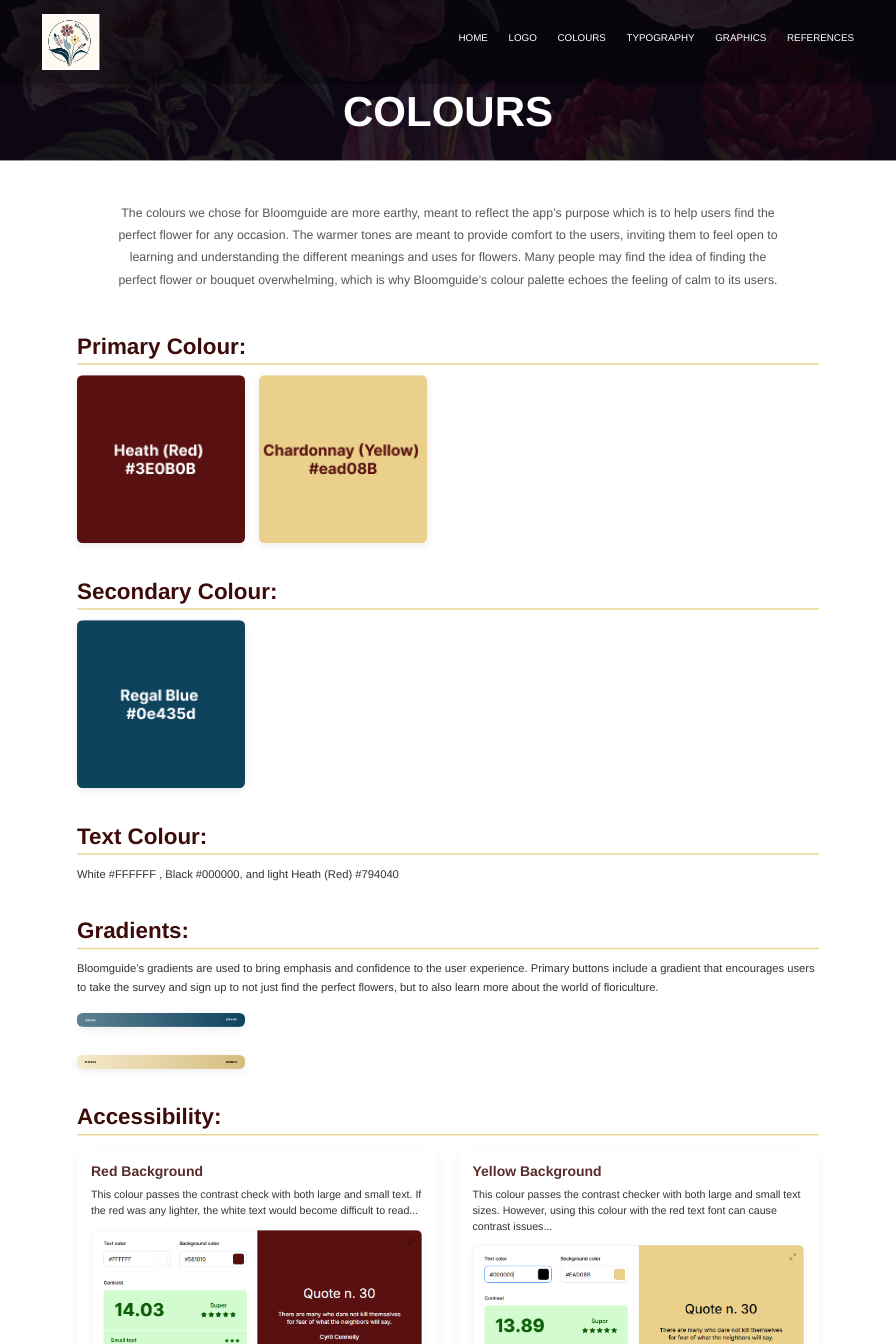
Repository: Emmalee06/styleguide-design2
Page: colours.html
The author's editor kept a copy of each file at every save. The page is drawn from the files as they stood at one save, then again after the next save.
The browser window is 1280 px wide. The pictures show the part of the page from y = 0 to 1920 px (the page is 2537 px tall before and 2575 px after), at 70% of full size.

Above is the page before, as saved 2025-04-06 22:58:43.

### colours.html
<!DOCTYPE html>
<html lang="en">

<head>
    <meta charset="UTF-8" />
    <meta name="viewport" content="width=device-width, initial-scale=1.0" />
    <title>StyleGuide Design</title>
    <link rel="stylesheet" href="style.css" />
</head>

<body>
    <!-- Header with reduced height -->
    <section class="header small-header">
        <nav>
            <a href="index.html"><img src="images/logo.jpg" width="300" height="100" alt="Bloomguide logo" /></a>

            <div class="nav-links">
                <ul>
                    <li><a href="index.html">HOME</a></li>
                    <li><a href="logo.html">LOGO</a></li>
                    <li><a href="colours.html">COLOURS</a></li>
                    <li><a href="typography.html">TYPOGRAPHY</a></li>
                    <li><a href="graphics.html">GRAPHICS</a></li>
                    <li><a href="references.html">REFERENCES</a></li>
                </ul>
            </div>
        </nav>
        <h1>COLOURS</h1>
    </section>

    <!-- COLOUR CONTENT -->
    <section class="logo">
        <p>
            The colours we chose for Bloomguide are more earthy, meant to reflect the app’s purpose which is to help
            users find the perfect flower for any occasion. The warmer tones are meant to provide comfort to the users,
            inviting them to feel open to learning and understanding the different meanings and uses for flowers. Many
            people may find the idea of finding the perfect flower or bouquet overwhelming, which is why Bloomguide’s
            colour palette echoes the feeling of calm to its users.
        </p>
    </section>
    <section class="colours">
        <h1>Primary Colour:</h1>
        <div class="image-row">
            <img src="images/red.png" alt="Red" />
            <img src="images/yellow.png" alt="Chardonnay Yellow" />
        </div>

        <h1>Secondary Colour:</h1>
        <div class="image-row">
            <img src="images/blue.png" alt="Blue" />
        </div>

        <h1>Text Colour:</h1>
        <p>White #FFFFFF , Black #000000, and light Heath (Red) #794040</p>

        <h1>Gradients:</h1>
        <p>
            Bloomguide’s gradients are used to bring emphasis and confidence to the user experience. Primary buttons
            include a gradient that encourages
            users to take the survey and sign up to not just find the perfect flowers, but to also learn more about the
            world of floriculture.
        </p>

        <div class="image-row">
            <img src="images/blue gradient.png" alt="#" />
        </div>

        <div class="image-row">
            <img src="images/yellow gradient.png" alt="#" />
        </div>

        <h1>Accessibility:</h1>

        <div class="accessibility-grid">
            <div class="access-card">
                <h2>Red Background</h2>
                <p>This colour passes the contrast check with both large and small text. If the red was any lighter, the
                    white text would become difficult to read...</p>
                <img src="images/red-background.png" alt="#" />
            </div>

            <div class="access-card">
                <h2>Yellow Background</h2>
                <p>This colour passes the contrast checker with both large and small text sizes. However, using this
                    colour with the red text font can cause contrast issues...</p>
                <img src="images/yellow-background.png" alt="#" />
            </div>

            <div class="access-card">
                <h2>Blue Background</h2>
                <p>Although this color passes the test, the smaller text can be difficult to see if it is too small...
                </p>
                <img src="images/blue-background.png" alt="#" />
            </div>

            <div class="access-card">
                <h2>White Background</h2>
                <p>This colour passes the contrast test, however small text may cause some reading difficulty if the
                    text is too small...</p>
                <img src="images/white_background-red_text.png" alt="#" />
            </div>
        </div>
    </section>
</body>

</html>

### style.css
* {
    margin: 0;
    padding: 0;
    box-sizing: border-box;
    font-family: 'Helvetica Neue', sans-serif;
}

.header {
    min-height: 100vh;
    width: 100%;
    background-image: linear-gradient(rgba(4, 9, 30, 0.6), rgba(4, 9, 30, 0.6)), url(images/background.png);
    background-size: cover;
    background-position: center;
    position: relative;
}

/* Nav bar */
nav {
    width: 100%;
    background-color: rgba(0, 0, 0, 0.3);
    padding: 20px 60px;
    overflow: hidden;
}

/* Logo on the left */
nav a img {
    float: left;
    height: 80px;
    width: auto;
}

/* Nav links on the right */
.nav-links {
    float: right;
    margin-top: 25px;
}

.nav-links ul {
    list-style: none;
}

.nav-links ul li {
    display: inline-block;
    margin-left: 25px;
}

.nav-links ul li a {
    text-decoration: none;
    color: white;
    font-size: 14px;
    font-weight: 500;
    position: relative;
}

.nav-links ul li::after {
    content: '';
    display: block;
    height: 2px;
    width: 0;
    background: #fcb6b6;
    transition: 0.4s;
    margin-top: 4px;
}

.nav-links ul li:hover::after {
    width: 100%;
}

.nav-links ul li a:hover {
    color: #fcb6b6;
}

.text-box h1 {
    font-size: 60px;
}

.text-box h2 {
    font-size: 36px;
    margin: 15px 0;
}

/*Home Content*/
.text-box {
    position: absolute;
    top: 55%;
    left: 50%;
    transform: translate(-50%, -50%);
    text-align: center;
    color: #fff;
}

.credits-wrapper {
    display: block;
    margin-top: 30px;
}

/* credits left-aligned within a centered container */
.credits {
    display: block;
    text-align: left;
    margin: 0 auto 20px auto;
    width: fit-content;
}

.credits p {
    font-size: 18px;
    color: #d3dae0;
    margin: 6px 0;
}

/* button under credits */
.start-btn {
    text-align: center;
}

.hero-btn {
    display: inline-block;
    text-decoration: none;
    color: #fff;
    border: 1px solid #fff;
    padding: 12px 30px;
    font-size: 14px;
    transition: 0.4s;
}

.hero-btn:hover {
    background-color: #8f1a47;
    border-color: #8f1a47;
}

/* logo content*/

.logo {
    max-width: 1000px;
    margin: 60px auto;
    padding: 0 20px;
}

.logo h1 {
    font-size: 2.5rem;
    margin-bottom: 20px;
    color: #5a3f2f;
    text-align: center;
}

.logo p {
    font-size: 1.1rem;
    margin-bottom: 40px;
    color: #555;
    text-align: center;
    line-height: 1.8;
}

.row {
    display: grid;
    grid-template-columns: repeat(auto-fit, minmax(220px, 1fr));
    gap: 30px;
}

.logo-col h3 {
    margin-bottom: 15px;
    font-size: 1.2rem;
    color: #bc526c;
}

.logo-col img {
    max-width: 100%;
    height: auto;
    border-radius: 8px;
}

.logo-col {
    background-color: #fff;
    padding: 20px;
    border-radius: 12px;
    box-shadow: 0 2px 10px rgba(0, 0, 0, 0.05);
    text-align: center;
    transition: transform 0.3s ease, box-shadow 0.3s ease;
}

.logo-col:hover {
    transform: translateY(-10px);
    box-shadow: 0 12px 25px rgba(0, 0, 0, 0.1);
}

/* Make header shorter for this page */
.small-header {
    min-height: 10px;
}

/* 4 cards into one row */
.fixed-row {
    display: flex;
    justify-content: space-between;
    flex-wrap: nowrap;
    gap: 30px;
}

.logo h2 {
    font-size: 1.5rem;
    color: #771f35;
    margin: 30px 0 15px;
    text-align: center;
}

.header.small-header h1 {
    position: relative;
    top: 50%;
    left: 50%;
    transform: translate(-50%, -50%);
    color: #fff;
    font-size: 60px;
    text-align: center;
    font-weight: bold;
    margin-top: 40px;
}


/*COLOURS PAGE*/
/* --- Main Container --- */
.colours {
    max-width: 1100px;
    margin: 60px auto;
    padding: 0 20px;
    color: #333;
}

/* --- Headings --- */
.colours h1 {
    font-size: 2rem;
    margin-top: 50px;
    margin-bottom: 15px;
    color: #3E0B0B;
    border-bottom: 2px solid #EAD08B;
    padding-bottom: 6px;
}

/* --- Paragraphs --- */
.colours p {
    font-size: 1rem;
    margin-bottom: 25px;
    line-height: 1.6;
}

/* --- Image Rows --- */
.image-row {
    display: flex;
    gap: 20px;
    margin-bottom: 40px;
    align-items: center;
}

/* --- Image Blocks --- */
.image-row img {
    width: 240px;
    height: auto;
    border-radius: 8px;
    box-shadow: 0 3px 12px rgba(0, 0, 0, 0.08);
    transition: transform 0.3s ease;
}

.image-row img:hover {
    transform: scale(1.03);
}

/* --- Accessibility Section --- */
.accessibility-grid {
    display: grid;
    grid-template-columns: repeat(2, 1fr);
    gap: 30px;
    margin-top: 20px;
}

/* --- Individual Accessibility Cards --- */
.access-card {
    background: #fff;
    border-radius: 10px;
    padding: 20px;
    box-shadow: 0 6px 16px rgba(0, 0, 0, 0.05);
}

.access-card h2 {
    font-size: 1.25rem;
    color: #5A2C2C;
    margin-bottom: 10px;
}

.access-card p {
    font-size: 0.95rem;
    line-height: 1.5;
    margin-bottom: 15px;
}

.access-card img {
    width: 100%;
    border-radius: 6px;
    box-shadow: 0 2px 8px rgba(0, 0, 0, 0.05);
}

After the next save:
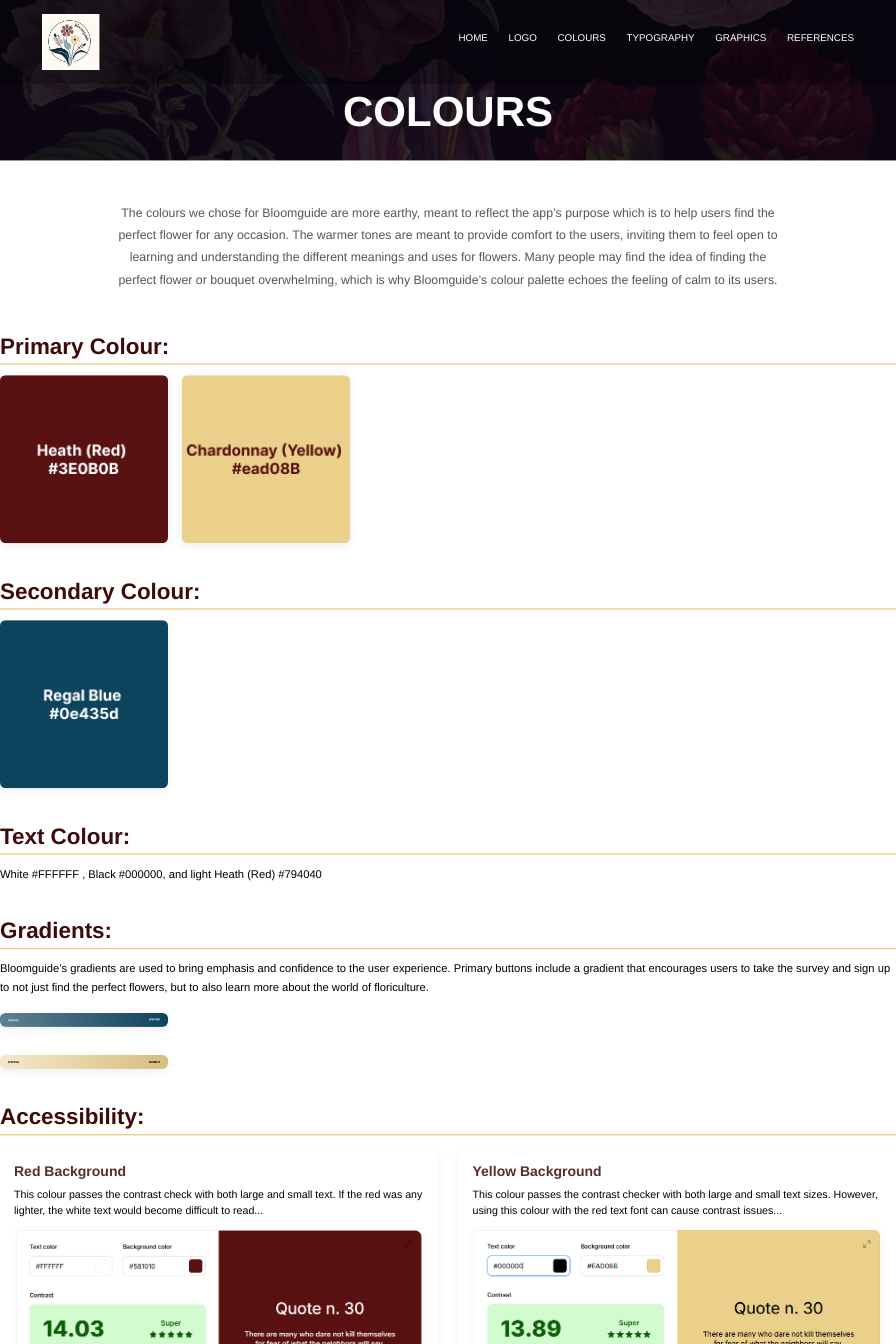
Saved 14 s later.
--- a/style.css
+++ b/style.css
@@ -218,12 +218,7 @@
 
 /*COLOURS PAGE*/
 /* --- Main Container --- */
-.colours {
-    max-width: 1100px;
-    margin: 60px auto;
-    padding: 0 20px;
-    color: #333;
-}
+
 
 /* --- Headings --- */
 .colours h1 {
